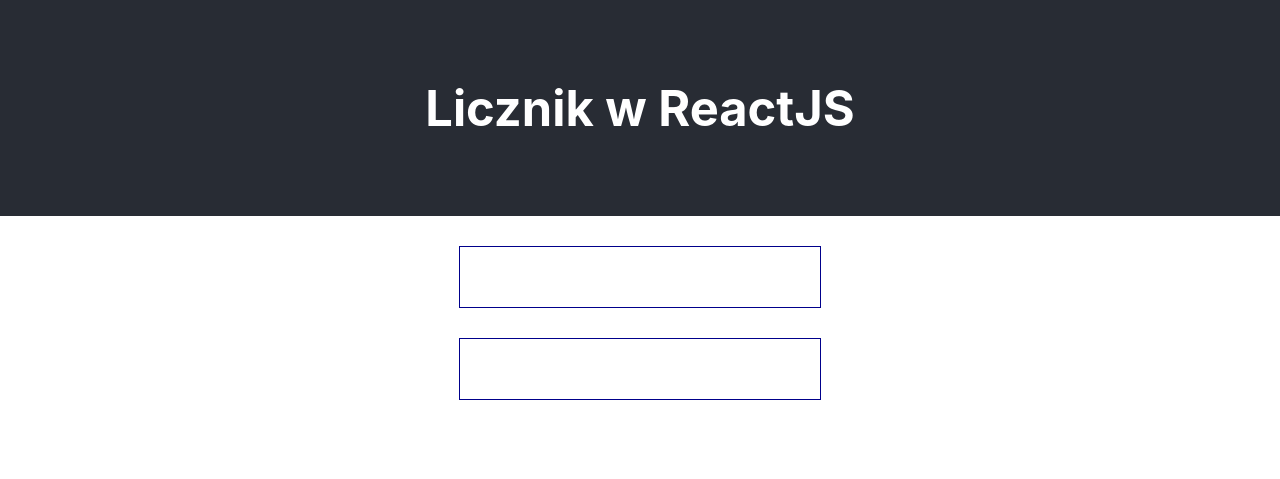
Repository: magdaf41/react-counter-app
Page: /
An editor plug-in stored every save of this project. The page is shown before and after the next save, followed by the edit.
The browser window is 1280 px wide. The pictures show the whole page.
The project was rebuilt for these pictures with package versions that can differ from the ones it lists, and the page was loaded fresh each time.

Above is the page before, as saved 2020-10-04 13:02:39.

### src/App.js
import React from 'react';
import './App.css';

import Counter from  './Counter';

function App() {
  return (
    <div className="App">
      <header className="App-header">
        <h1>Licznik w ReactJS</h1>
      </header>
      <Counter initValue={0} />
      <Counter initValue={108}/>
    </div>
  );

}
export default App;

### src/Counter.js
import React, {Component} from "react";
import "./Counter.css";

class Counter extends Component {
    constructor(props) {
        super(props);
        this.state = {
            counterValue: 0,
        }
    }

    render() {
        return(
            <div className="counter">

            </div>
        )
    }
}
export default Counter;


// function Counter(props) {

//     let randomNumber = Math.floor(Math.random() * (108 - 1 + 1) + 1);

//     return (
//         <div className="counter">
//             Counter:
//             <span className="value">
//                 {props.initValue}
//             </span>
//         </div>
//     );
// }

// export default Counter;

### src/Counter.css
.counter {
    border: 1px solid darkblue;
    padding: 30px;
    width: 300px;
    left: 0;
    right: 0;
    margin: 30px auto;
}

.counter span.value {
    margin-left: 10px;
    color: blue;
}

Loaded but not shown: public/index.html (common file); src/index.js (common file); src/index.css (common file); src/serviceWorker.js (common file); src/App.css (common file)

After the next save:
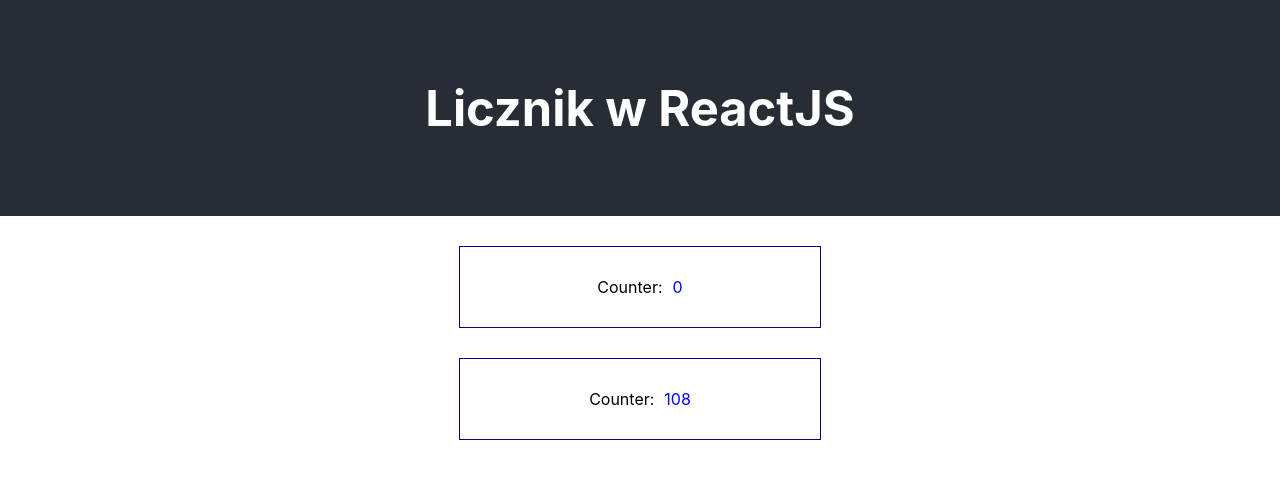
Saved 3 min 43 s later.
--- a/src/Counter.js
+++ b/src/Counter.js
@@ -1,23 +1,61 @@
 import React, {Component} from "react";
 import "./Counter.css";
+// import { Component } from 'react';
 
 class Counter extends Component {
-    constructor(props) {
+
+    constructor(props){
         super(props);
+
         this.state = {
-            counterValue: 0,
-        }
+            counterValue: this.props.initValue
+        };
     }
 
     render() {
-        return(
+
+        return (
             <div className="counter">
-
+                Counter:
+                <span className="value">
+                    {this.props.initValue}
+                </span>
             </div>
-        )
+        );
     }
 }
+
 export default Counter;
+
+// import React, {Component} from "react";
+// import "./Counter.css";
+
+// class Counter extends Component {
+//     constructor(props) {
+//         super(props);
+//         this.state = {
+//             counterValue: 0,
+//         }
+//     }
+//     changeValue = () => {
+//         this.setState( (prevState) => {
+//             return({
+//                 counterValue: prevState.counterValue + 1,
+//             })
+//         });
+//     }
+//     render() {
+//         return(
+//             <div className="counter">
+//                 Licznik:
+//                 <span className="value">{this.state.counterValue}</span>
+//                 <button onClick={this.changeValue}>
+//                     Add 1
+//                 </button>
+//             </div>
+//         )
+//     }
+// }
 
 
 // function Counter(props) {
